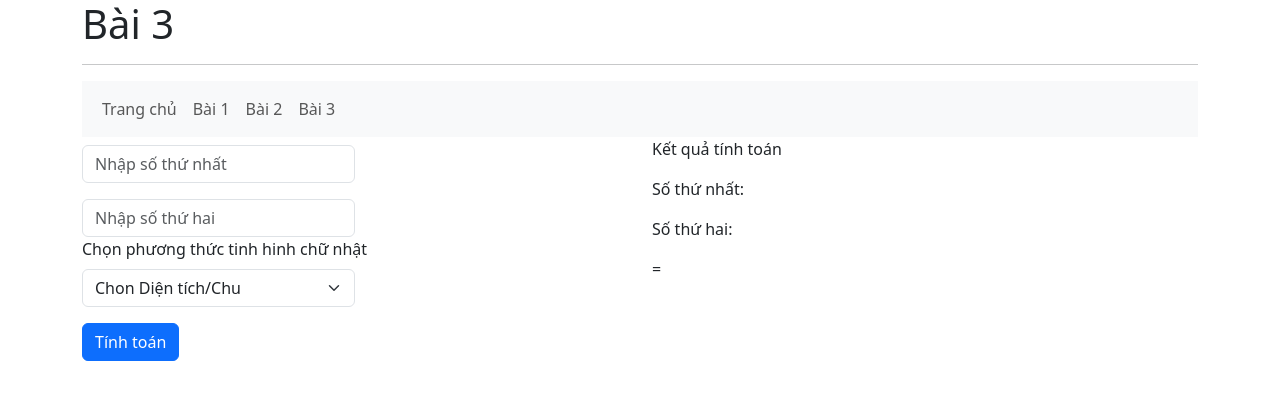
Repository: thanhtung795/java4
Page: http://localhost/Lab1/bai3
An editor plug-in stored every save of this project. The page is shown before and after the next save, followed by the edit.
The browser window is 1280 px wide. The pictures show the whole page.
The page is served by Tomcat 9.

Above is the page before, as saved 2024-06-25 11:29:30.

After the next save:
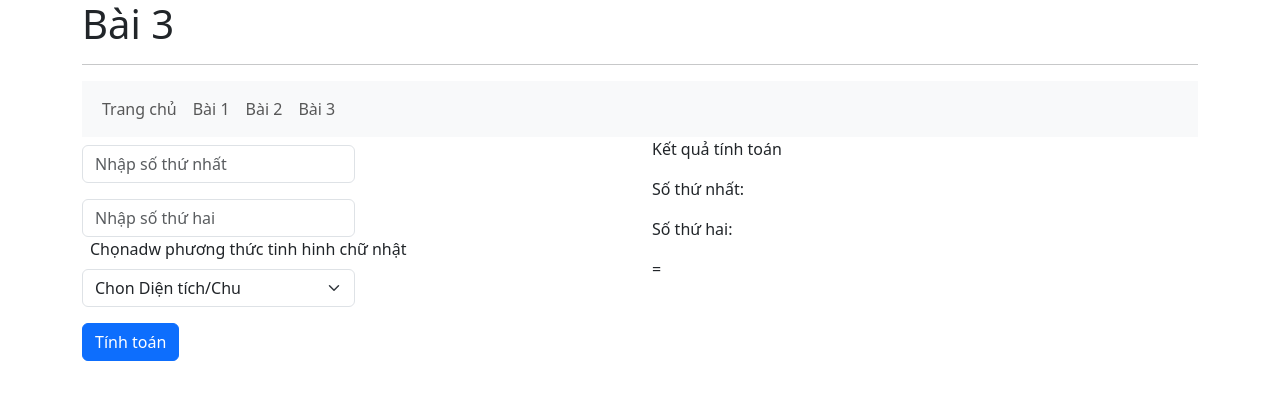
Saved 23 s later.
--- a/Lab1/src/main/webapp/bai3.jsp
+++ b/Lab1/src/main/webapp/bai3.jsp
@@ -48,7 +48,7 @@
                 <input
                     class="form-control w-50 mt-3 " type="text"
                     placeholder="Nhập số thứ hai" name="txtSoThuHai">
-                    <label for="" class="form-label me-2">Chọn phương thức tinh hinh chữ nhật</label>
+                    <label for="" class="form-label ms-2">Chọnadw phương thức tinh hinh chữ nhật</label>
                 <select
                     class="form-select w-50" aria-label="Default select example"
                     name="txtPhepTinh">
